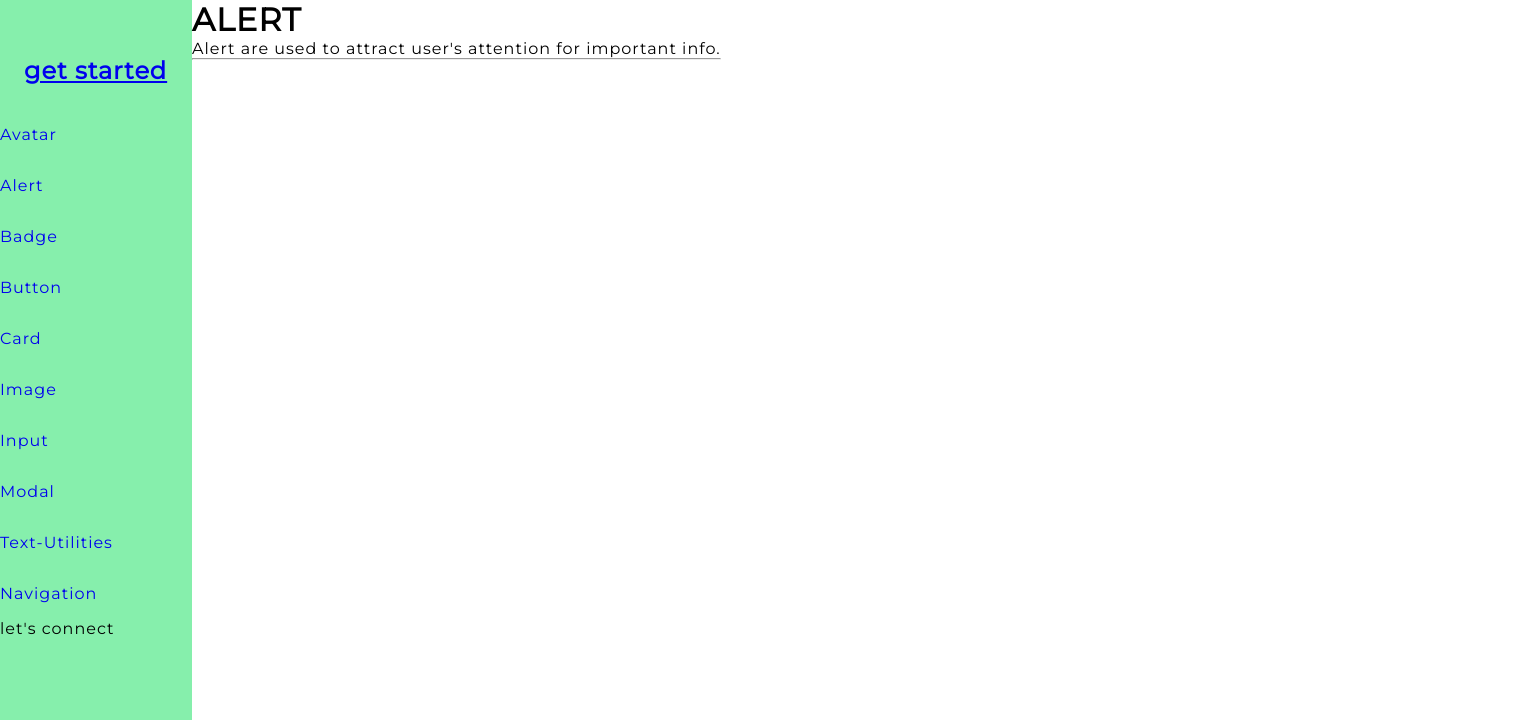
Repository: Anasooya2601/Components_UI
Page: components/Alert/Alert.html
These files come from the project's save history. The page is drawn as it stood at one moment and after the next save; the edit follows.
The browser window is 1280 px wide. The page is 1280 px wide, then 1514 px, so the pictures cover 1514 px, including what lies to the right of the window. The pictures show the whole page.

Above is the page before, as saved 2022-02-12 10:21:40.
Not found: components/
Not found: components/Avatar/index.css

### components/Alert/Alert.html
<!DOCTYPE html>
<html lang="en">
<head>
    <meta charset="UTF-8">
    <meta http-equiv="X-UA-Compatible" content="IE=edge">
    <meta name="viewport" content="width=device-width, initial-scale=1.0">
    <title>Alert</title>
    <link rel="stylesheet" href="/main/main.css">
    <link rel="stylesheet" href="../comp.css">
</head>
<body><!-- main -->
    <div class="main-container">
        <div class="navbar-wrapper">

            <div class="nav">
                <div class="navbar-header">
                <div class="logo">
                    <a href="/index.html"></a>
                 </div>
                </div>
            </div>

        <!-- topics -->
        <a href="/main/main.html" class="text">get started</a>
        <div class="navbar-main">
            <a href="/components/Avatar/index.html">Avatar</a>
            <a href="/components/Alert/alert.html">Alert</a>
            <a href="/components/Badge/badge.html">Badge</a>
            <a href="/components/Button/button.html">Button</a>
             <a href="/components/Card/card.html">Card</a>
             <a href="/components/Image/image.html">Image</a>
             <a href="/components/Input/input.html">Input</a>
            <a href="/components/Modal/modal">Modal</a>
            <a href="/components//TextUtilities/textutilities">Text-Utilities</a>
            <a href="/components/Navigation/navigation">Navigation</a>
        </div>
        <!-- footer -->
        <div class="footer">
            <div class="footer-text">
                <p>let's connect</p>
            </div>
        </div>
        </div>


    <div class="header">
        <div class="section-header">
            <div>
                <h1 class="text-header">ALERT</h1>
                    <p class="para">
                       Alert are used to attract user's attention for important info.
                    </p>
              <hr>

            </div>
        </div>

    </div>
</div>
</body>
</html>

### main/main.css
@import url('https://fonts.googleapis.com/css2?family=Montserrat&display=swap');
*{
    margin: 0;
    padding: 0;
    box-sizing: border-box;
}

body{
    letter-spacing: 1px;
}

/* color variable */
:root{
    font-family: 'Montserrat', sans-serif;
    font-weight: 400;
    --main-color:#fca5a5;
    --green:#86efac;
}

/* logo */
.logo{
    display: flex;
    justify-content: center;
}

.logo a{
    color: var(--main-color);
    font-size: 2.5rem;
    display: flex;
    align-items: flex-end;
}




.main-container{
    display: flex;
}

.text{
    font-size: 1.5rem;
    margin: 1.5rem;
    font-weight: bold;
}
/* navbar */
.navbar-wrapper{
    width: 15%;
    height: 100vh;
    font-size: 1rem;
    flex-direction: column;
    overflow-y: scroll;
display: flex;
flex-shrink: 0;
background-color: var(--green);
}
.nav{
    display: flex;
    flex-direction: column;
}
.navbar-main{
    display: flex;
    flex-direction: column;
}
.navbar-main a{
  border-radius: 40px;
  padding: 1rem 0rem 1rem 0rem;
  letter-spacing: 1px;
  transition: 0.3s all ease-in-out;
  text-decoration: none;
}
.navbar-header{
    border-bottom: var(--main-color);
    padding: 1rem;
}

### components/comp.css
@import "./Alert/alert.css";
@import "./Avatar/index.css";
@import "./Button/button.css";
@import "../main/main.css";
@import"./";
@import"./";
@import"./";
@import"";
@import"";

### components/Button/button.css
@import url('https://fonts.googleapis.com/css2?family=Montserrat:ital@1&family=Roboto:ital,wght@0,400;1,300&family=Space+Grotesk:wght@700&display=swap');
.main-text{
    margin: 2rem 0;
}

.btn-container{
display: flex;
flex-wrap: wrap;
margin-top: 1.5rem;
gap: 1rem;
align-items: center;


}

.btn {
border:none;
background-color: none;
outline: none;
padding: 0.5rem 1rem;
border: 5px;
border-radius: 5px;
font-size: 1.1rem;
cursor: pointer;
color: #0e9aeb;
font-family: 'Gill Sans', 'Gill Sans MT', Calibri, 'Trebuchet MS', sans-serif;
}

.primary{
    background-color:#fbbf24 ;

}
.secondary{
    background-color: #fca5a5;
}
.danger{
    background-color: #bef264;
}
.success{
    background-color: #0369a1;
}
.warning{
    background-color: #ded48f;
}

/* outlined-button */
.outlined-sub{
    margin-top: 1.5rem;
}
.outlined-btn{
border-radius: 8px;
font-size: 1.1rem;
letter-spacing: 1px;
color:#0369a1;
background-color: white;
cursor: pointer;
padding: 0.5rem;
gap: 1rem;
}
.outlined-primary{
    border: 0.5px solid #0369a1;
}
.outlined-secondary{
    border: 0.5px solid #0369a1;
}
.outlined-warning{
    border: 0.5px solid #0369a1;
}
.outlined-attention{
    border: 0.5px solid #0369a1;
}
.btn-icon{
background-color: white;
cursor: pointer;
}
/* icon-btn */


/* floating-btn */
.btn-float{
    color: white;
    background-color: #0e9aeb;
    padding: 0.6rem 1rem;
    box-shadow: #ded48f 0px 8px 16px;
}

Loaded but not shown: components/Alert/Alert.css (no stored copy; drawn as an empty file)

After the next save:
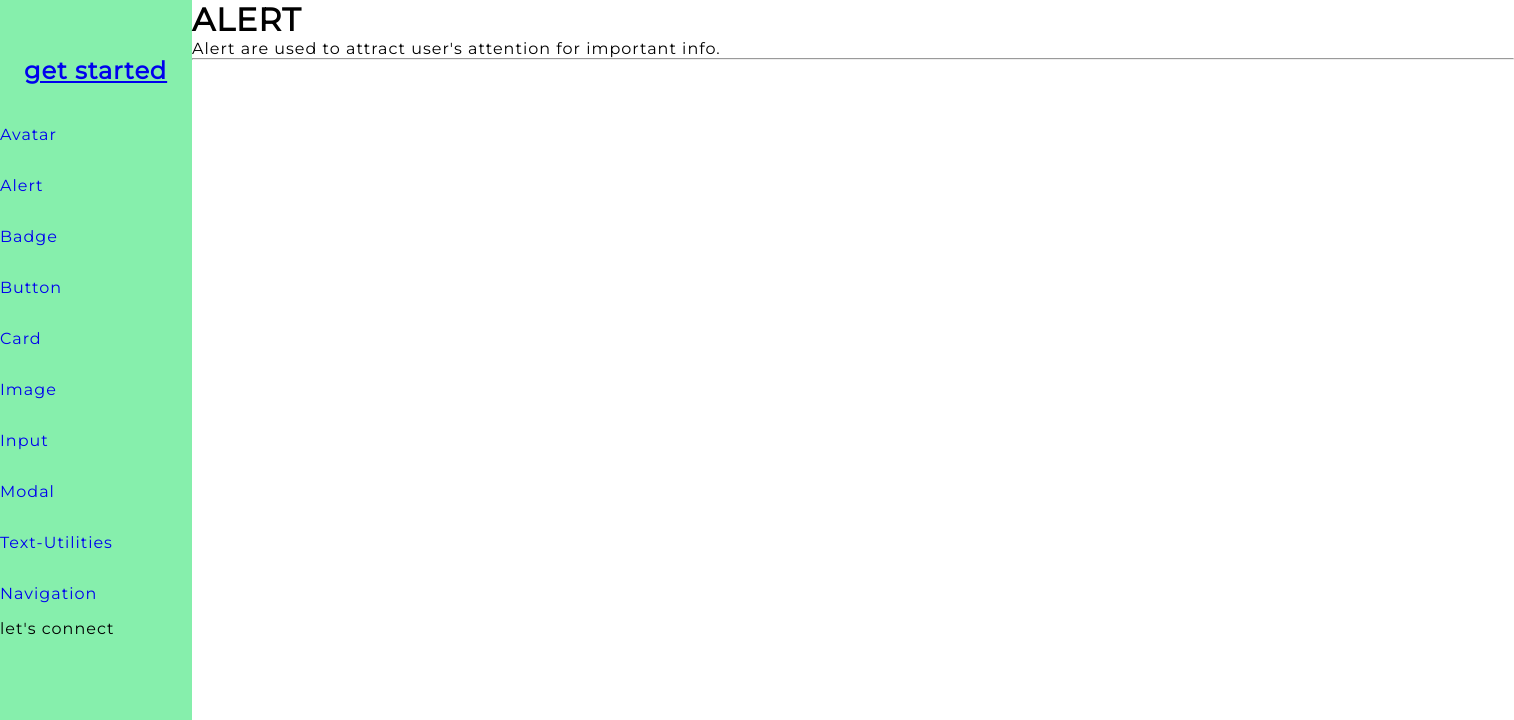
Saved 7 s later.
--- a/main/main.css
+++ b/main/main.css
@@ -72,3 +72,8 @@ background-color: var(--green);
     border-bottom: var(--main-color);
     padding: 1rem;
 }
+hr{
+    width:250%;
+    text-align:left;
+    margin-left:0;
+    }
